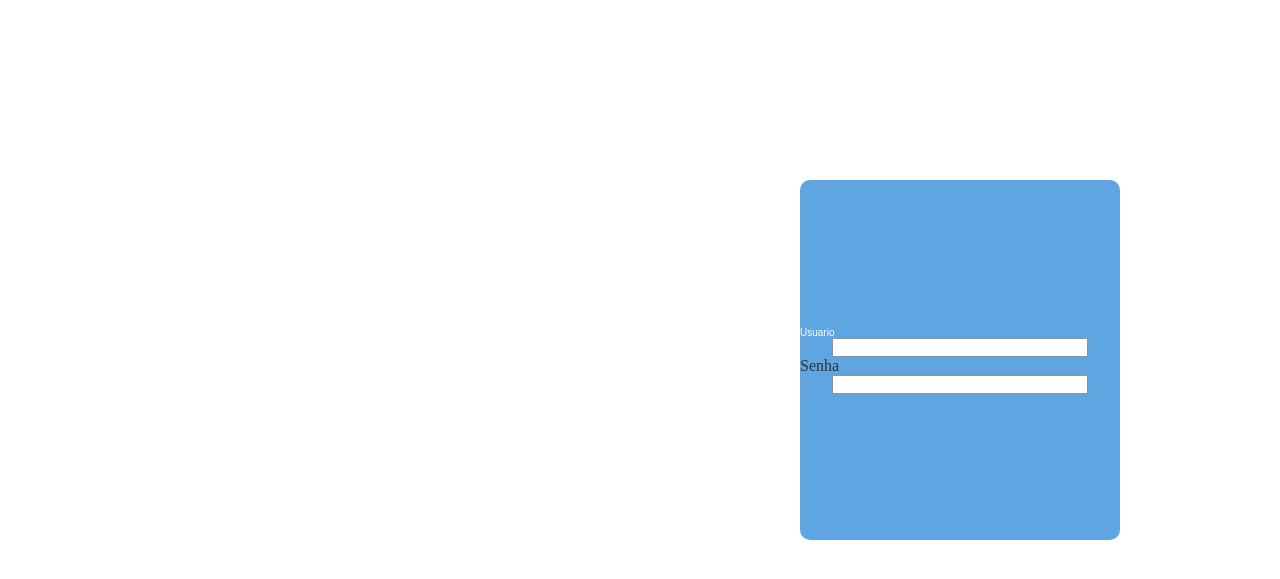
Repository: KevynMarques/Estudos-Reactjs-Firebase
Page: /
An editor plug-in stored every save of this project. The page is shown before and after the next save, followed by the edit.
The browser window is 1280 px wide. The pictures show the whole page.
The page's requests for data from a server got no answer. The project was rebuilt for these pictures with package versions that can differ from the ones it lists, and the page was loaded fresh each time. No one was signed in, and anything a server would have sent is missing. Also part of the build but not shown: src/Pages/Page2.jsx.

Above is the page before, as saved 2022-08-23 13:11:41.

### public/index.html
<!DOCTYPE html>
<html lang="pt-BR">
  <head>
    <meta charset="utf-8" />
    <link rel="icon" href="%PUBLIC_URL%/favicon.ico" />
    <meta name="viewport" content="width=device-width, initial-scale=1" />
    <meta name="theme-color" content="#000000" />
    <meta
      name="description"
      content="Web site created using create-react-app"
    />
    <link rel="apple-touch-icon" href="%PUBLIC_URL%/logo192.png" />
    <!--
      manifest.json provides metadata used when your web app is installed on a
      user's mobile device or desktop. See https://developers.google.com/web/fundamentals/web-app-manifest/
    -->
    <link rel="manifest" href="%PUBLIC_URL%/manifest.json" />
    <!--
      Notice the use of %PUBLIC_URL% in the tags above.
      It will be replaced with the URL of the `public` folder during the build.
      Only files inside the `public` folder can be referenced from the HTML.

      Unlike "/favicon.ico" or "favicon.ico", "%PUBLIC_URL%/favicon.ico" will
      work correctly both with client-side routing and a non-root public URL.
      Learn how to configure a non-root public URL by running `npm run build`.
    -->
    <title>Squad</title>
  </head>
  <body>
    <noscript>You need to enable JavaScript to run this app.</noscript>
    <div id="root"></div>
    <!--
      This HTML file is a template.
      If you open it directly in the browser, you will see an empty page.

      You can add webfonts, meta tags, or analytics to this file.
      The build step will place the bundled scripts into the <body> tag.

      To begin the development, run `npm start` or `yarn start`.
      To create a production bundle, use `npm run build` or `yarn build`.
    -->
  </body>
</html>

### src/App.jsx
import React from "react";
import Router from "./Routers/router";
import { GlobalStyle } from "./GlobalStyle";



function App() {
  return (
    <>
    <GlobalStyle/>
      <Router/>
    </>
  );
}

export default App;

### src/Routers/router.jsx
import { BrowserRouter, Routes, Route } from "react-router-dom";
import { Page1 } from "../Pages/Page1";
import { Page2 } from "../Pages/Page2";



export default () => {
  return (
    <>
    <BrowserRouter >
    <Routes >
      <Route path="/" element={<Page1 />} />
      <Route path="/Page2" element={<Page2 />} />
    </Routes>
    </BrowserRouter>
    </>
  );
}

### src/GlobalStyle.jsx

import { createGlobalStyle } from 'styled-components';

export const GlobalStyle = createGlobalStyle`
 * {
   margin: 0;
   padding: 0;
   box-sizing: border-box;
 }
`;

### src/Pages/Page1.jsx
import React from "react";
import { Login } from "../Components/Login/index";


export const Page1 = ()=>{
   return(
    <Login />
   );
}

### src/Components/Login/index.jsx
import React from "react";
import { authConfig } from "../../Auth/config";
import { BoxHome, BoxLogin, InputEmail,
InputSenha, Password, User } from "./style";



export const Login =()=>{
  return (
    <BoxHome>
    <BoxLogin>
       <User>Usuario</User>
       <InputEmail type="email" id="email" name="email" />

       <Password>Senha</Password>
       <InputSenha type="text" id="password" name="password" />

    </BoxLogin>
    </BoxHome>
  )
}

### src/Auth/config.jsx
import * as firebase from 'firebase/app';
import 'firebase/auth';

export const authConfig = firebase.initializeApp({
  apiKey: process.env.REACT_APP_FIREBASE_KEY,
  authDomain: process.env.REACT_APP_FIREBASE_DOMAIN,
  projectId: process.env.REACT_APP_FIREBASE_PROJECT_ID,
  storageBucket: process.env.REACT_APP_FIREBASE_STORAGE_BUCKET,
  messagingSenderId:process.env.REACT_APP_FIREBASE_SENDER_ID,
});

### src/Components/Login/style.jsx
import styled from "styled-components";

export const BoxHome = styled.div`
display: flex;
align-items: center;
justify-content: center;
`;

export const BoxLogin = styled.div`
  width: 25vw;
  height: 50vh;
  background-color: #388fdb;
  opacity: 0.8;
  border-radius: 10px;
  margin-top: 25vh;
  margin-left: 50vw;
  display: flex;
  justify-content:center;
  flex-direction: column;
`;

export const InputEmail = styled.input`
width: 80%;
margin-left: 10%;

`;

export const User = styled.label`
 color: white;
 font-family: Arial, Helvetica, sans-serif;
 font-size: 10px;
`;


export const InputSenha = styled.input`
width: 80%;
margin-left: 10%;
`;

export const Password = styled.label`

`;

Loaded but not shown: src/index.js (common file)

After the next save:
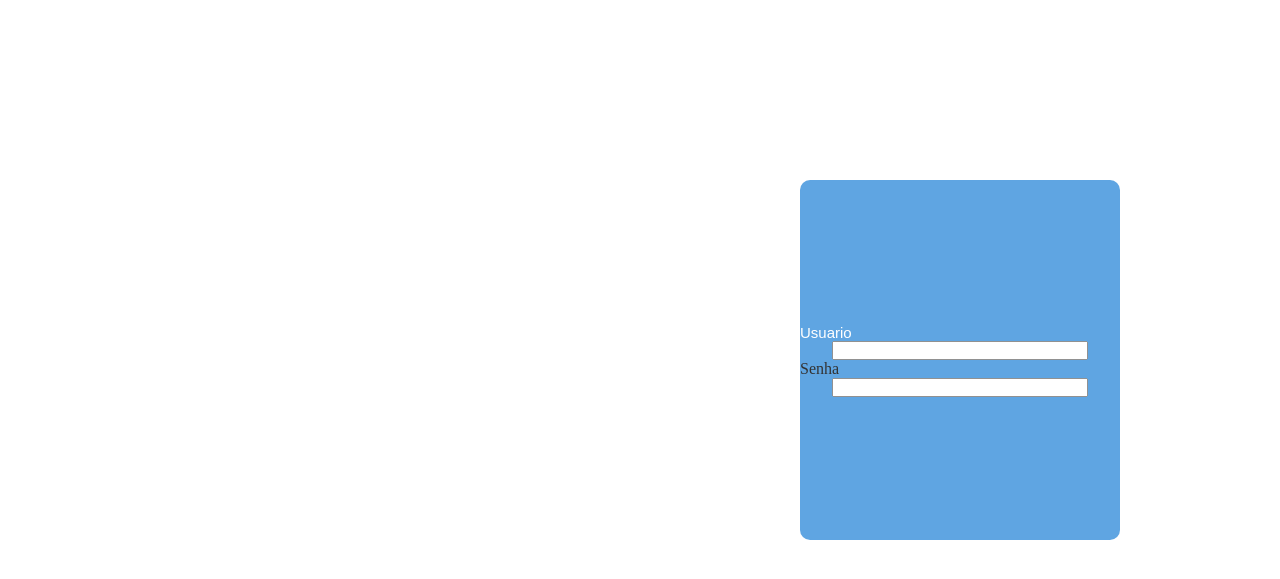
Saved 6 s later.
--- a/src/Components/Login/style.jsx
+++ b/src/Components/Login/style.jsx
@@ -28,7 +28,7 @@ margin-left: 10%;
 export const User = styled.label`
  color: white;
  font-family: Arial, Helvetica, sans-serif;
- font-size: 10px;
+ font-size: 15px;
 `;
 
 
